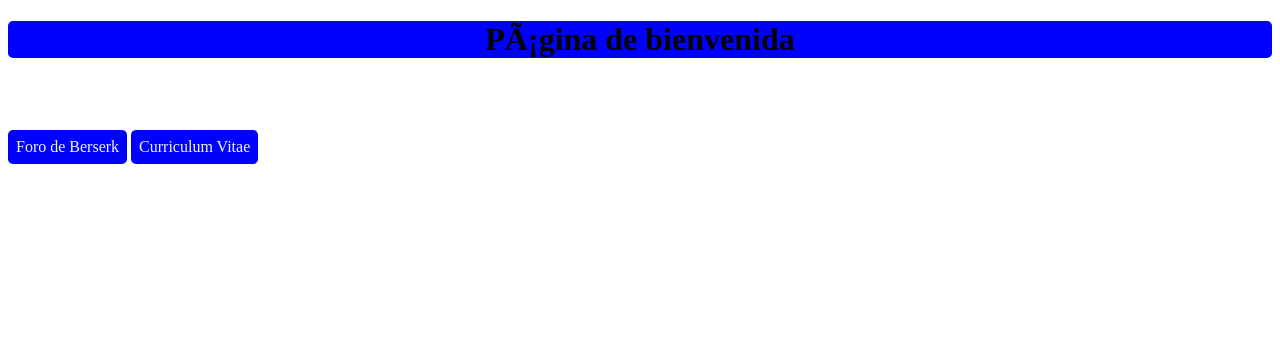
Repository: MateoSantander/Ejercicios4y5
Page: http://localhost/Ejercicio_4/index.jsp
The author's editor kept a copy of each file at every save. The page is drawn from the files as they stood at one save, then again after the next save.
The browser window is 1280 px wide. The pictures show the whole page.
The page is served by Tomcat 9. Other server files are loaded and not shown.

Above is the page before, as saved 2022-03-18 14:19:43.

### Ejercicio_4/src/main/webapp/index.jsp
<!DOCTYPE html>
<html>
<head>
<meta charset="UTF-8">
<title>Insert title here</title>
<link rel="stylesheet" href="css/index.css">
</head>
<body>
	<h1>Página de bienvenida</h1>
	<nav>
		<a href="otrasPaginas/pagina_principal.html">Foro de Berserk</a>
		<a href="otrasPaginas/paginaCV.html">Curriculum Vitae</a>
		</nav>
</body>
</html>

### Ejercicio_4/src/main/webapp/css/index.css
@charset "ISO-8859-1";

h1{
        color:rgb(rgb(255, 255, 255), green, blue);
        text-align:center;
        border-radius: 5px;
        background-color:blue;
  }

nav>a{
    margin-top: 50px;
    border-radius: 5px;
    padding: 8px;
    background-color:blue;
    display: inline-block;
    text-decoration: none;
    color: aliceblue;
}

After the next save:
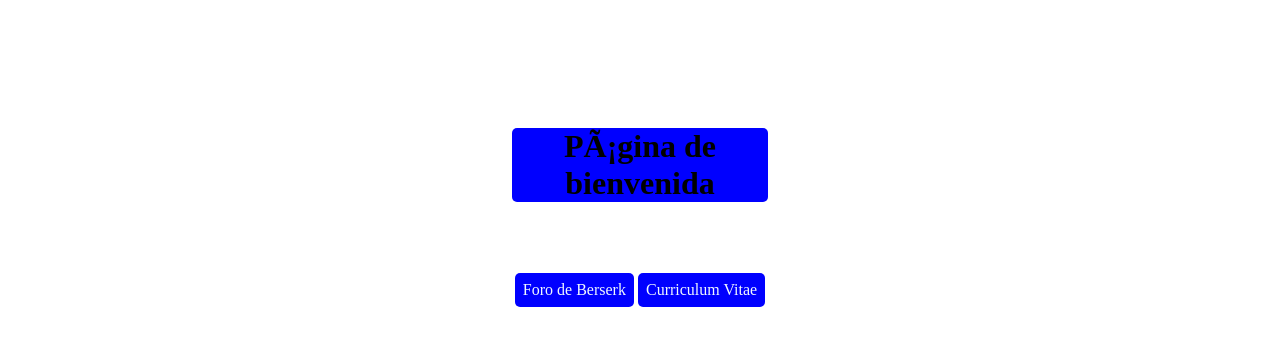
Saved 61 s later.
--- a/Ejercicio_4/src/main/webapp/css/index.css
+++ b/Ejercicio_4/src/main/webapp/css/index.css
@@ -5,6 +5,13 @@ h1{
         text-align:center;
         border-radius: 5px;
         background-color:blue;
+  }
+
+  body{
+  	text-align:center;
+	margin-left: 40%;
+    margin-right: 40%;
+    margin-top: 10%;
   }
 
 nav>a{
